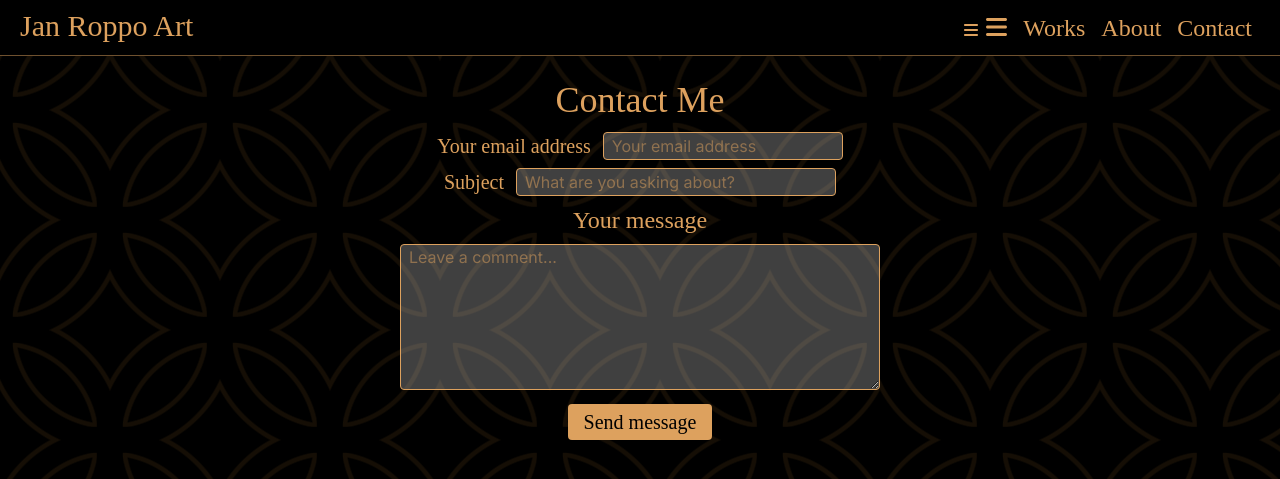
Repository: YanceMcFinn/JRArt
Page: /contact
These files come from the project's save history. The page is drawn as it stood at one moment and after the next save; the edit follows.
The browser window is 1280 px wide. The pictures show the whole page.
The pointer rests on the first visible `.dropdown`.
Some web fonts or font styles are not loaded; a fallback is used. The project was rebuilt for these pictures with package versions that can differ from the ones it lists, and the page was loaded fresh each time. The framework's server and built-in components were replaced by stand-ins that run in the browser. Also part of the build but not shown: next.config.js.

Above is the page before, as saved 2023-10-29 19:56:35.

After the next save:
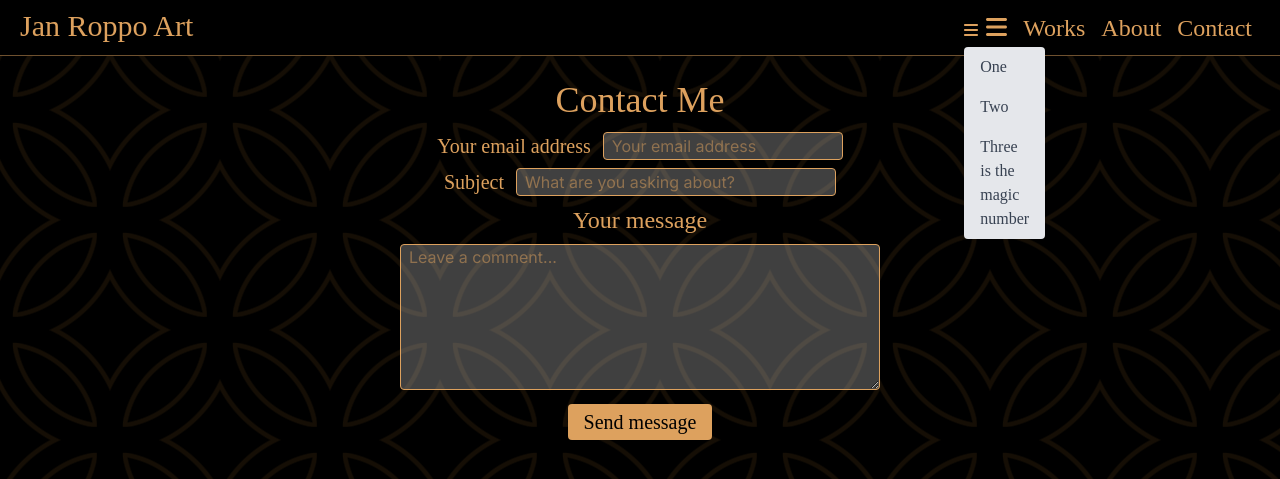
Saved 71 s later.
--- a/app/globals.css
+++ b/app/globals.css
@@ -28,3 +28,7 @@ html {
     background-size: var(--s) var(--s);
     background-attachment: fixed;
   }
+
+  .dropdown:hover .dropdown-menu {
+    display: block;
+  }
